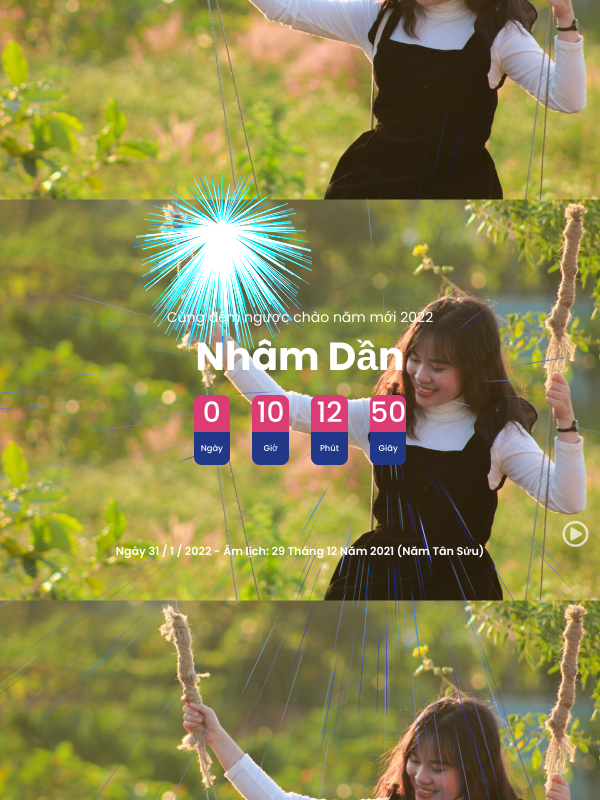
Repository: nguyenban1903/nguyenban1903.github.io
Page: huonggiangcountdown/index.html
These files come from the project's save history. The page is drawn as it stood at one moment and after a run of saves; the edit follows.
The browser window is 600 px wide. The pictures show the whole page.
Some web libraries are served in a nearby version.

Above is the page before, as saved 2022-01-31 17:52:09.

After the next 2 saves:
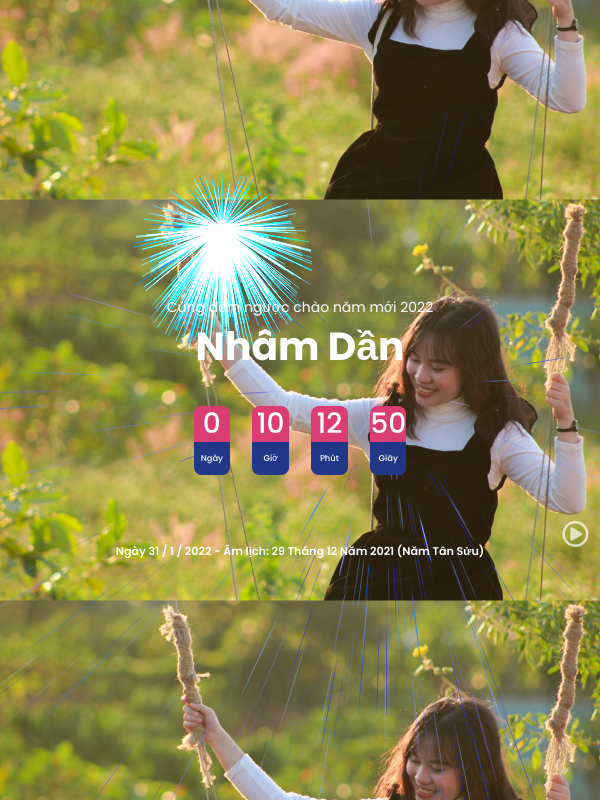
The 2 saves are shown as one change because they came seconds apart.
The last was saved 3 min 15 s later.
--- a/huonggiangcountdown/assets/css/style.css
+++ b/huonggiangcountdown/assets/css/style.css
@@ -201,7 +201,7 @@ body {
     text-align: center;
   }
   .newyear {
-    margin-bottom: 0.2em;
+    margin-bottom: 0.75em;
     font-size: 7rem;
     font-weight: 700;
     line-height: 1.5;
